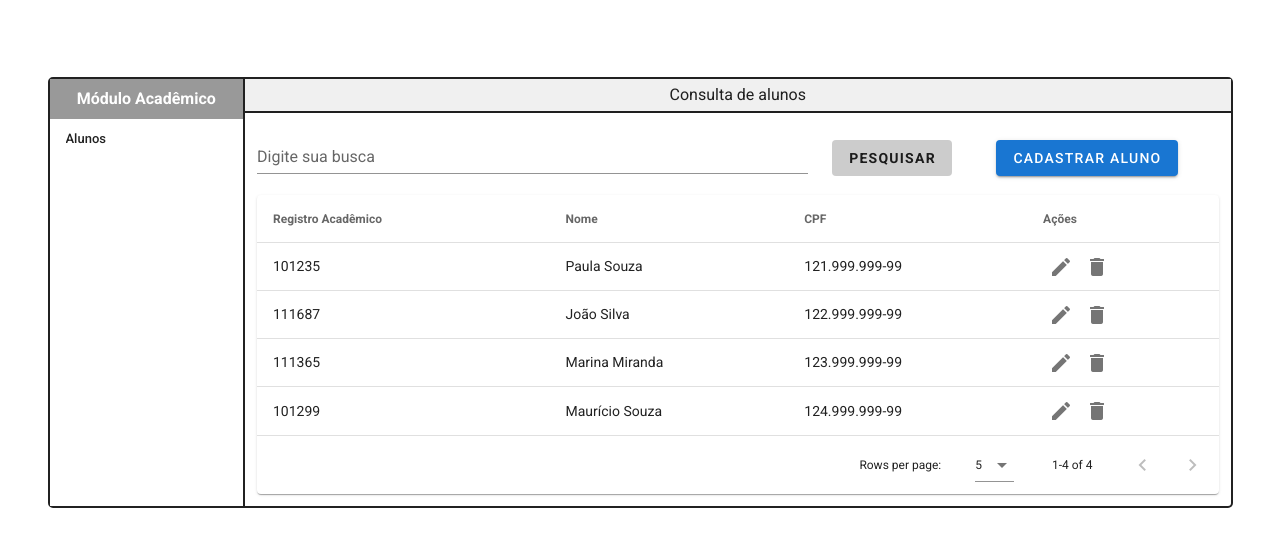
Repository: sergiohidekiono/vue-student
Page: /
An editor plug-in stored every save of this project. The page is shown before and after the next save, followed by the edit.
The browser window is 1280 px wide. The pictures show the whole page.
The project was rebuilt for these pictures with package versions that can differ from the ones it lists, and the page was loaded fresh each time. Requests to the local data server were answered from the project's data file. Also part of the build but not shown: vue.config.js, src/components/register-edit-student.vue.

Above is the page before, as saved 2024-08-07 12:40:59.

### src/App.vue
<template>
  <v-app>
    <v-main>
      <StudentList/>
    </v-main>
  </v-app>
</template>

<script>
import StudentList from './components/student-list';

export default {
  name: 'App',

  components: {
    StudentList,
  },

  data: () => ({}),
};
</script>

<style>

</style>

### src/components/student-list.vue
<template>
    <v-container>
        <v-row class="ml-5">
            <div class="d-flex align-start">
                <v-img :src="require('../assets/logo.png')" class="my-3" width="120" />
            </div>
        </v-row>
        <v-row>
            <v-col cols="2" class="menu">
                <v-navigation-drawer floating permanent>
                    <v-list dense>
                        <v-list-item-title class="header text-center">
                            <h4 class="py-2">Módulo Acadêmico</h4>
                        </v-list-item-title>
                        <v-list-item v-for="item in menus" :key="item.title" link>
                            <v-list-item-content>
                                <v-list-item-title>{{ item.title }}</v-list-item-title>
                            </v-list-item-content>
                        </v-list-item>
                    </v-list>
                </v-navigation-drawer>
            </v-col>
            <v-col cols="10" class="table">
                <v-row justify="center" class="pa-1 header">
                    <span>Consulta de alunos</span>
                </v-row>
                <v-row class="wrap-buttons">
                    <v-col cols="7" class="p-0">
                        <v-text-field label="Digite sua busca"></v-text-field>
                    </v-col>
                    <v-col cols="2" class="p-0">
                        <v-btn depressed class="btn-search font-weight-bold"> Pesquisar </v-btn>
                    </v-col>
                    <v-col cols="3">
                        <v-btn color="primary" dark @click.stop="dialog = true" @click="openDialog">
                            Cadastrar Aluno
                        </v-btn>
                        <!-- <v-btn color="grey" class="ma-2 white--text" @click="openDialog"> </v-btn> -->
                        <register-edit-student v-if="showDialog" @close="showDialog = false" />
                    </v-col>
                </v-row>
                <v-data-table :headers="headers" :items="students" :items-per-page="5" class="elevation-1">
                    <template v-slot:[`item.action`]="{ item }">
                        <v-btn @click="editStudent(item)" icon>
                            <v-icon>mdi-pencil</v-icon>
                        </v-btn>
                        <v-btn @click="deleteStudent(item)" icon>
                            <v-icon>mdi-delete</v-icon>
                        </v-btn>
                    </template>
                </v-data-table>
            </v-col>
        </v-row>
    </v-container>
</template>

<script>
import axios from 'axios';
import RegisterEditStudent from './register-edit-student.vue';


export default {
    name: 'StudentList',
    components: {
        RegisterEditStudent
    },
    data() {
        return {
            showDialog: false,
            menus: [
                { title: 'Alunos' },
            ],
            students: [],
            headers: [
                { text: 'Registro Acadêmico', value: 'register' },
                { text: 'Nome', value: 'name' },
                { text: 'CPF', value: 'document' },
                { text: 'Ações', value: 'action' }
            ],
        }
    },
    created() {
        this.fetchStudents();
    },
    methods: {
        openDialog() {
            this.showDialog = true;
        },
        editStudent(item) {
            console.log('Editando', item);
        },
        async deleteStudent(student) {
            try {
                await axios.delete(`http://localhost:3000/students/${student.id}`);
                this.fetchStudents();
            } catch (error) {
                console.error('Error removing student:', error.response ? error.response.data : error.message);
            }
        },
        async fetchStudents() {
            try {
                const response = await axios.get("http://localhost:3000/students");
                this.students = response.data
                console.log('DATA: ', this.students);
            } catch (error) {
                console.log('Erro ao buscar estudante!', error);
            }
        }
    }
}
</script>


<style scoped>
.menu {
    padding: 0 !important;
    border: 2px solid;
    border-radius: 5px 0 0 5px;

    .v-list.v-sheet.theme--light {
        padding: 0 !important;
    }

    .header {
        padding: 0 !important;
        background: #999999;
        color: white;
    }
}

.table {
    border-left: 0;
    border-right: 2px;
    border-top: 2px;
    border-bottom: 2px;
    border-style: solid;
    border-radius: 0 5px 5px 0;

    .header {
        background: #f0f0f0;
        border-bottom: 2px solid;
    }
}

.btn-search {
    background-color: #CCCCCC !important;
    color: black;
}

.wrap-buttons {
    display: flex;
    align-items: baseline;
}
</style>

### db.json
{
    "students": [
        {
            "id": 1,
            "register": 101235,
            "name": "Paula Souza",
            "document": "121.999.999-99"
        },
        {
            "id": 2,
            "register": 111687,
            "name": "João Silva",
            "document": "122.999.999-99"
        },
        {
            "id": 3,
            "register": 111365,
            "name": "Marina Miranda",
            "document": "123.999.999-99"
        },
        {
            "id": 4,
            "register": 101299,
            "name": "Maurício Souza",
            "document": "124.999.999-99"
        }
    ]
}

Loaded but not shown: public/index.html (common file); src/main.js (common file); src/plugins/vuetify.js (common file)

After the next save:
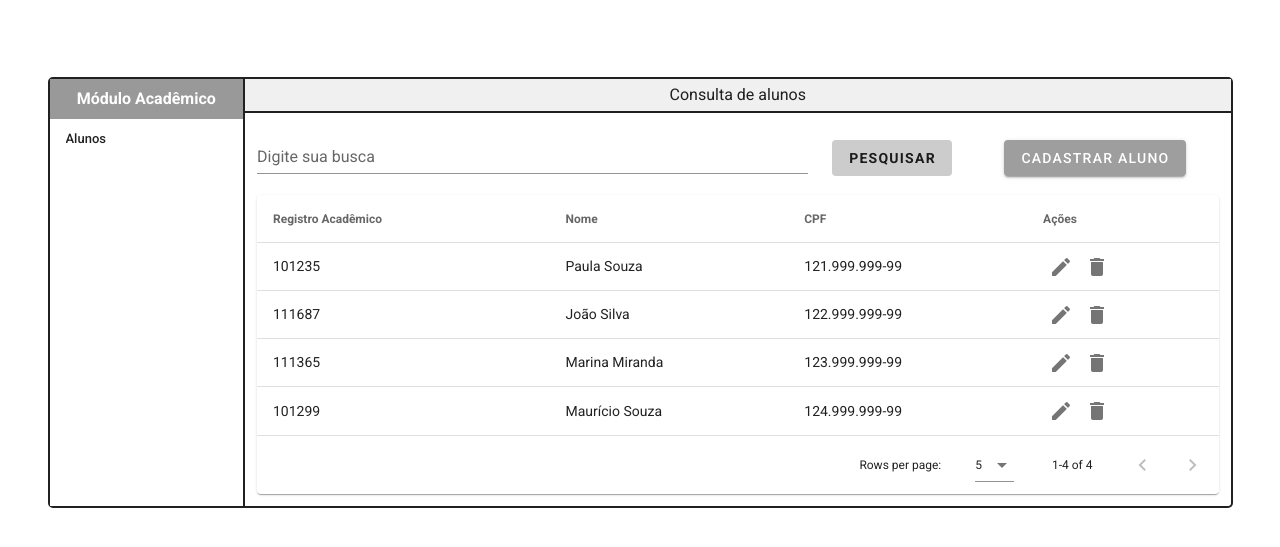
Saved 20 s later.
--- a/src/components/student-list.vue
+++ b/src/components/student-list.vue
@@ -32,10 +32,7 @@
                         <v-btn depressed class="btn-search font-weight-bold"> Pesquisar </v-btn>
                     </v-col>
                     <v-col cols="3">
-                        <v-btn color="primary" dark @click.stop="dialog = true" @click="openDialog">
-                            Cadastrar Aluno
-                        </v-btn>
-                        <!-- <v-btn color="grey" class="ma-2 white--text" @click="openDialog"> </v-btn> -->
+                        <v-btn color="grey" class="ma-2 white--text" @click="openDialog()"> Cadastrar Aluno </v-btn>
                         <register-edit-student v-if="showDialog" @close="showDialog = false" />
                     </v-col>
                 </v-row>
